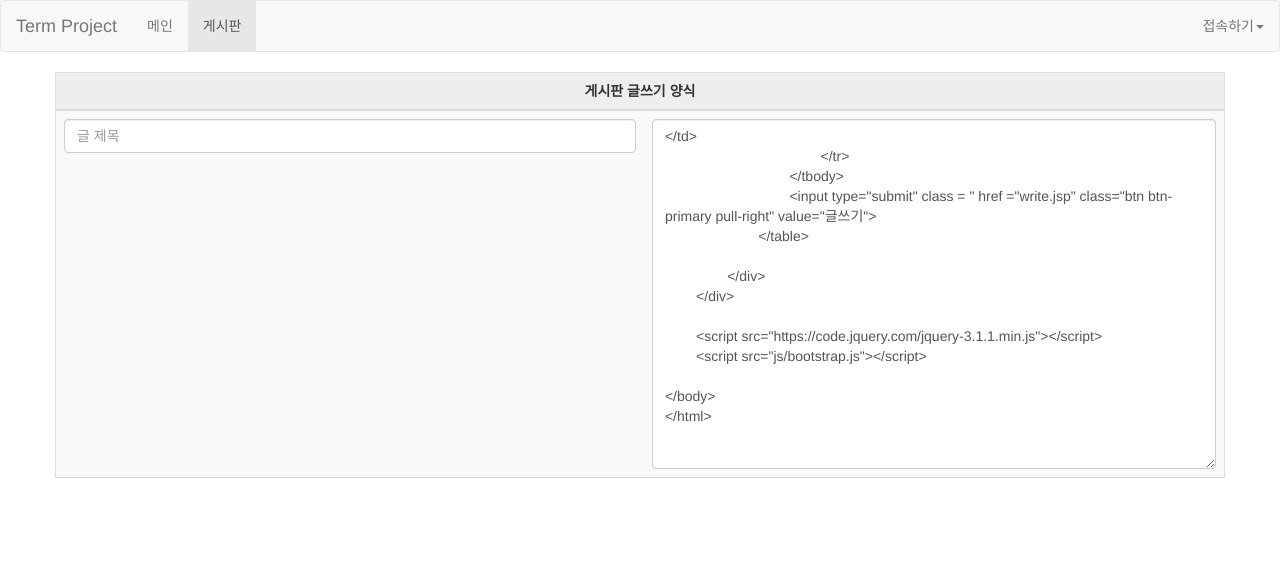
Repository: subsub97/web_bulletin-board
Page: http://localhost/BBS/write.jsp
An editor plug-in stored every save of this project. The page is shown before and after the next save, followed by the edit.
The browser window is 1280 px wide. The pictures show the whole page.
The page is served by Tomcat 9. Other server files are loaded and not shown.

Above is the page before, as saved 2023-05-26 06:59:38.

### Projects/BBS/src/main/webapp/write.jsp
<%@ page language="java" contentType="text/html; charset=UTF-8" pageEncoding="UTF-8"%>
<%@ page import= "java.io.PrintWriter"  %>
<!DOCTYPE html>
<html>
<head>
<meta charset="UTF-8">
<meta name="viewport" content="width=device-width, initial-scale=1">

<link rel="stylesheet" href="css/bootstrap.css">

<title>Term Project</title>
</head>
<body>
	<%
		String userID = null;
		if (session.getAttribute("userID") != null){
			userID = (String) session.getAttribute("userID"); //로그인중인데 세션이 없는경우 받아온다.

		}
	%>
	<nav class="navbar navbar-default">
		<div class="navbar-header">
			<button type="button" class="navbar-toggle collapsed"
				data-toggle="collapse" data-target="#bs-example-navbar-collapse-1"
				aria-expanded="false">
				<span class="icon-bar"></span>
				<span class="icon-bar"></span>
				<span class="icon-bar"></span>
			</button>
			<a class="navbar-brand" href="main.jsp">Term Project</a>
		</div>
		<div class="collapse navbar-collapse" id="bs-example-navbar-collapse-1">
			<ul class="nav navbar-nav">
				<li><a href="main.jsp">메인</a></li>
				<li class="active"><a href="main.jsp">게시판</a></li>
			</ul>
			<%
				if(userID == null){
			%>
		 	<!-- 로그인이 안되어있는경우  -->
			<ul class="nav navbar-nav navbar-right">
				<li class="dropdown">
					<a href="#" class="dropdown-toggle" data-toggle="dropdown" role="button" aria-haspopup="true"
						aria-expanded="false">접속하기<span class="caret"></span></a>
					<ul class="dropdown-menu">
						<li><a href="login.jsp">로그인</a></li>
						<li><a href="join.jsp">회원가입</a></li>
					</ul>
				</li>
			</ul>
			<%
				} else {
			%>
			<!-- 로그인이 되어있는경우 -->
			<ul class="nav navbar-nav navbar-right">
				<li class="dropdown">
					<a href="#" class="dropdown-toggle" data-toggle="dropdown" role="button" aria-haspopup="true"
						aria-expanded="false">회원관리<span class="caret"></span></a>
					<ul class="dropdown-menu">
						<li><a href="logoutAction.jsp">로그아웃</a></li>
					</ul>
				</li>
			</ul>
			<%
				}
			%>

		</div>
	</nav>
	<div class ="container">
		<div class = "row">
			<table class="table table-striped" style="text-align: center; border: 1px solid #dddddd">
				<thead>
					<tr>
						<th colspan="2" style="background-color: #eeeeee;text-align: center;">게시판 글쓰기 양식</th>

					</tr>
				</thead>
				<tbody>
					<tr>
						<td><input type = "text" class = "form-control" placeholder = "글 제목" name ="bbsTittle" maxlength="50"></td>
						<td><textarea type = "text" class = "form-control" placeholder = "글 내용" name ="bbsContent" maxlength="2048" style="height:350px;"></td>
					</tr>
				</tbody>
				<input type="submit" class = " href ="write.jsp" class="btn btn-primary pull-right" value="글쓰기">
			</table>

		</div>
	</div>

	<script src="https://code.jquery.com/jquery-3.1.1.min.js"></script>
	<script src="js/bootstrap.js"></script>

</body>
</html>

Loaded but not shown: Projects/BBS/src/main/webapp/css/bootstrap.css (library)

After the next save:
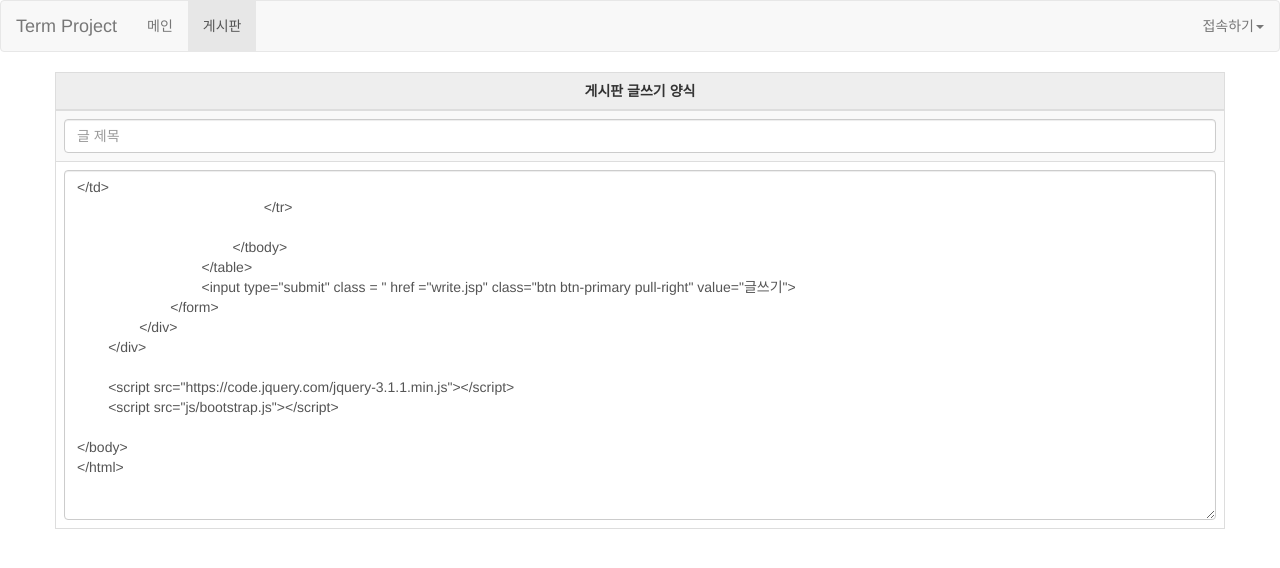
Saved 2 min 45 s later.
--- a/Projects/BBS/src/main/webapp/write.jsp
+++ b/Projects/BBS/src/main/webapp/write.jsp
@@ -69,22 +69,26 @@
 	</nav>
 	<div class ="container">
 		<div class = "row">
-			<table class="table table-striped" style="text-align: center; border: 1px solid #dddddd">
-				<thead>
-					<tr>
-						<th colspan="2" style="background-color: #eeeeee;text-align: center;">게시판 글쓰기 양식</th>
+			<form method = "post" action = "writeAction.jsp">
+				<table class="table table-striped" style="text-align: center; border: 1px solid #dddddd">
+					<thead>
+						<tr>
+							<th colspan="2" style="background-color: #eeeeee;text-align: center;">게시판 글쓰기 양식</th>
 
-					</tr>
-				</thead>
-				<tbody>
-					<tr>
-						<td><input type = "text" class = "form-control" placeholder = "글 제목" name ="bbsTittle" maxlength="50"></td>
-						<td><textarea type = "text" class = "form-control" placeholder = "글 내용" name ="bbsContent" maxlength="2048" style="height:350px;"></td>
-					</tr>
-				</tbody>
+						</tr>
+					</thead>
+					<tbody>
+						<tr>
+							<td><input type = "text" class = "form-control" placeholder = "글 제목" name ="bbsTittle" maxlength="50"></td>
+						</tr>
+						<tr>
+							<td><textarea class = "form-control" placeholder = "글 내용" name ="bbsContent" maxlength="2048" style="height:350px;"></td>
+						</tr>
+
+					</tbody>
+				</table>
 				<input type="submit" class = " href ="write.jsp" class="btn btn-primary pull-right" value="글쓰기">
-			</table>
-
+			</form>
 		</div>
 	</div>
 
